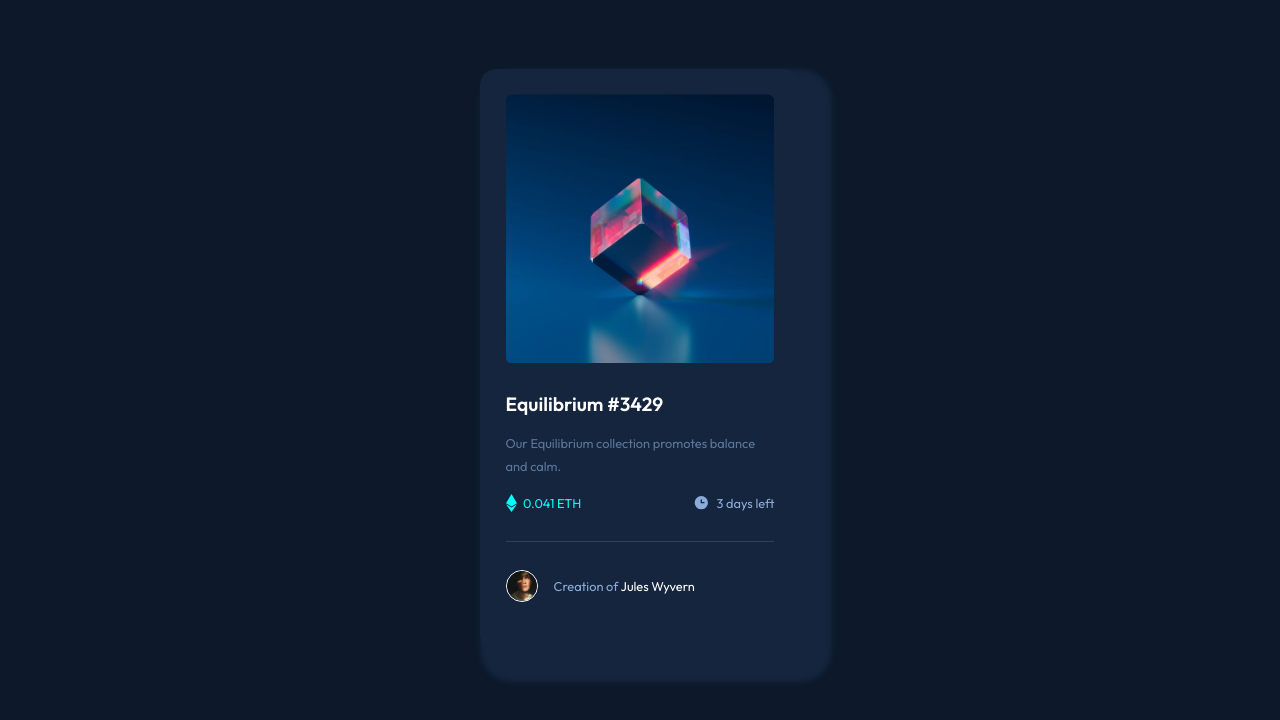
Repository: thaibaocoder1/nft-preview-card-component
Page: index.html
The author's editor kept a copy of each file at every save. The page is drawn from the files as they stood at one save, then again after the next save.
The browser window is 1280 px wide. The pictures show the whole page.

Above is the page before, as saved 2023-01-06 19:03:28.

After the next save:
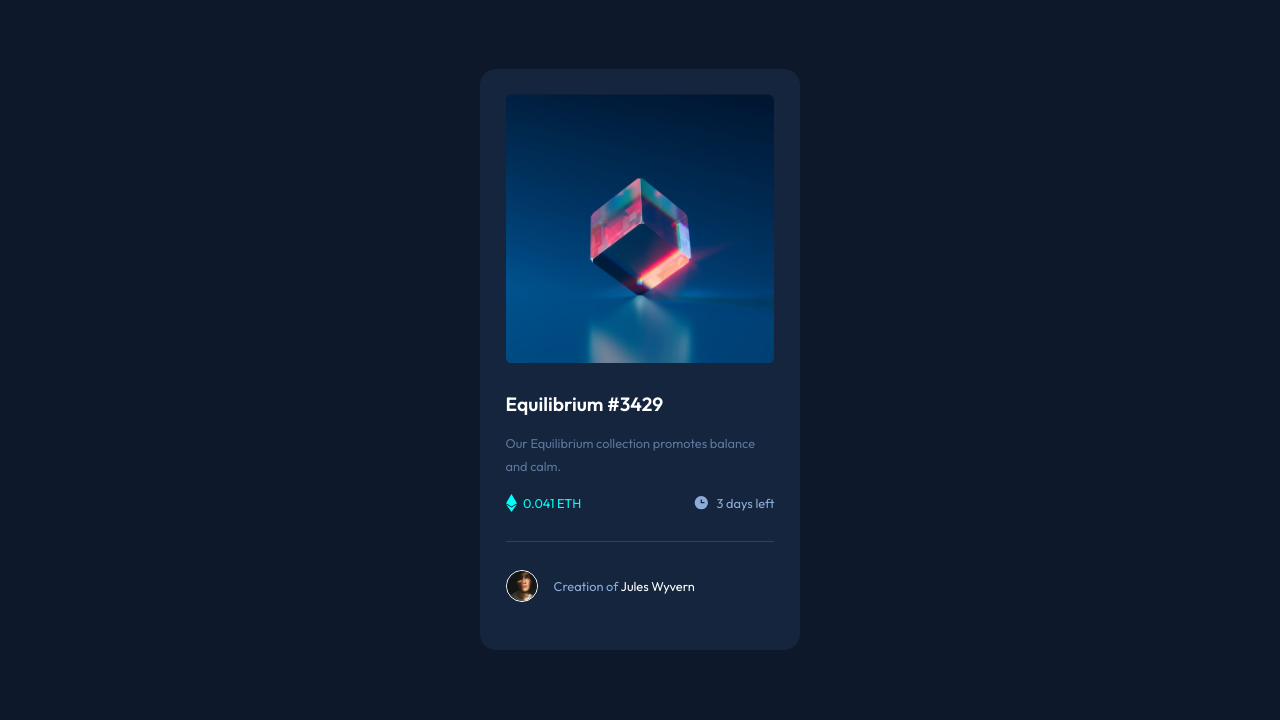
Saved 13 s later.
--- a/style.css
+++ b/style.css
@@ -28,7 +28,7 @@ body {
     background-color: var(--very-dark-blue-card);
     text-align: center;
     border-radius: 1rem;
-    box-shadow: 1rem 1rem 5px 1rem var(--very-dark-blue-card);
+    box-shadow:  var(--very-dark-blue-card);
 }
 .container .container-img {
     width: 20rem;
